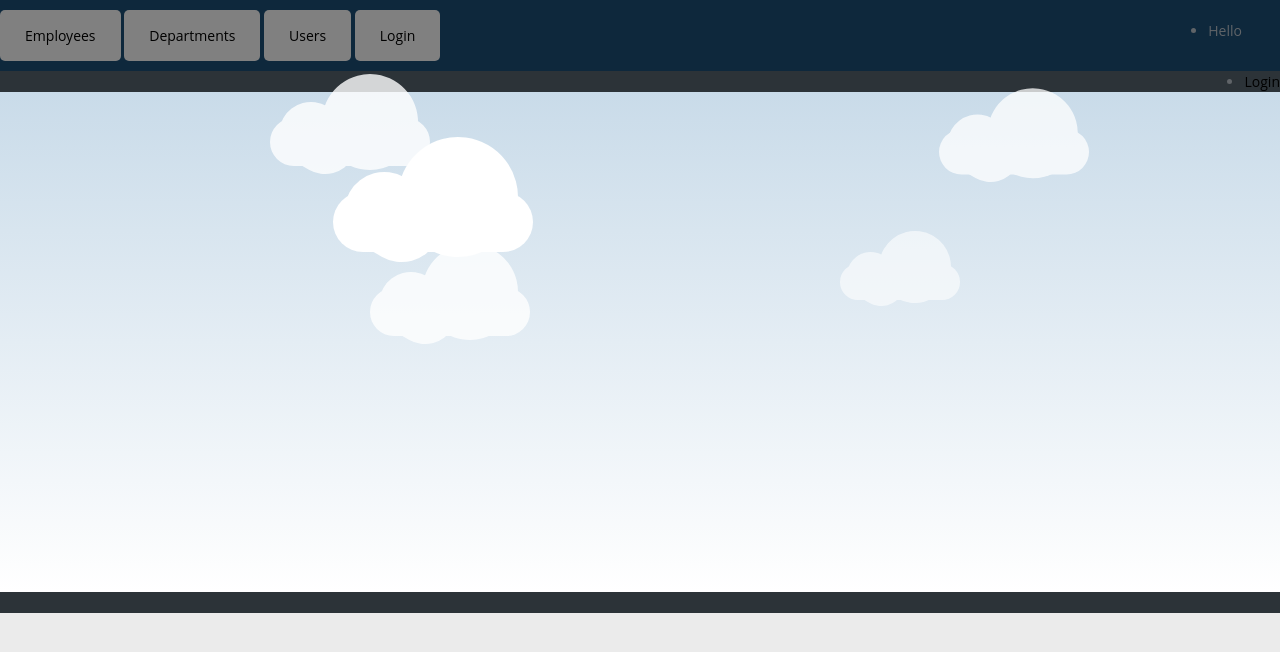
Repository: avsuhas/Java-Project
Page: http://localhost/Employee_Project/jsp/header.jsp
These files come from the project's save history. The page is drawn as it stood at one moment and after the next save; the edit follows.
The browser window is 1280 px wide. The pictures show the whole page.
The page is served by Tomcat 9.

Above is the page before, as saved 2017-05-31 15:10:48.

After the next save:
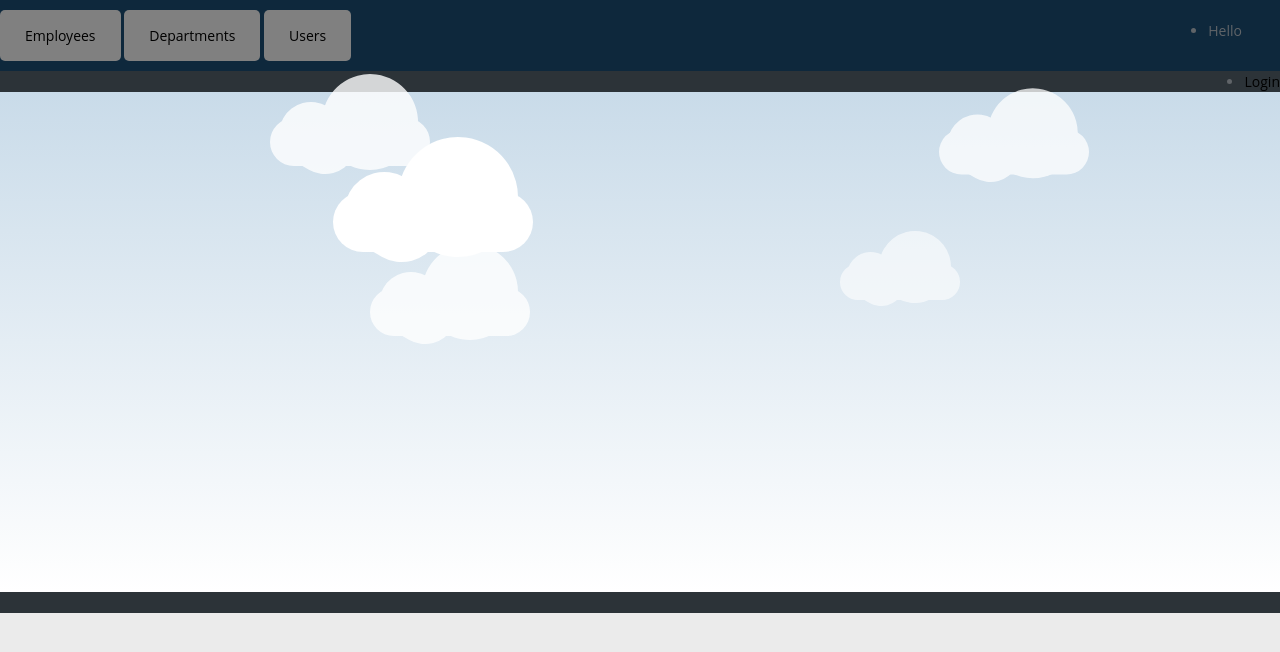
Saved 7 s later.
--- a/Employee Project/WebContent/jsp/header.jsp
+++ b/Employee Project/WebContent/jsp/header.jsp
@@ -271,7 +271,7 @@ String userName = "";
 		<li class="liTag"> <a href="employees.jsp?page=1" style="color:black;">Employees</a></li>
 		<li class="liTag"><a href="../jsp/departments.jsp" style="color:black;">Departments</a></li>
 		<li class="liTag"><a href="../jsp/user.jsp" style="color:black;">Users</a></li>
-		<li class="liTag"><a href="../html/welcomePage.html" style="color:black;">Login</a></li>
+
 		<li style="float:right;padding-right: 38px;padding-top: 20px"  >Hello <%=userName %></li>
 	</ul>
 
